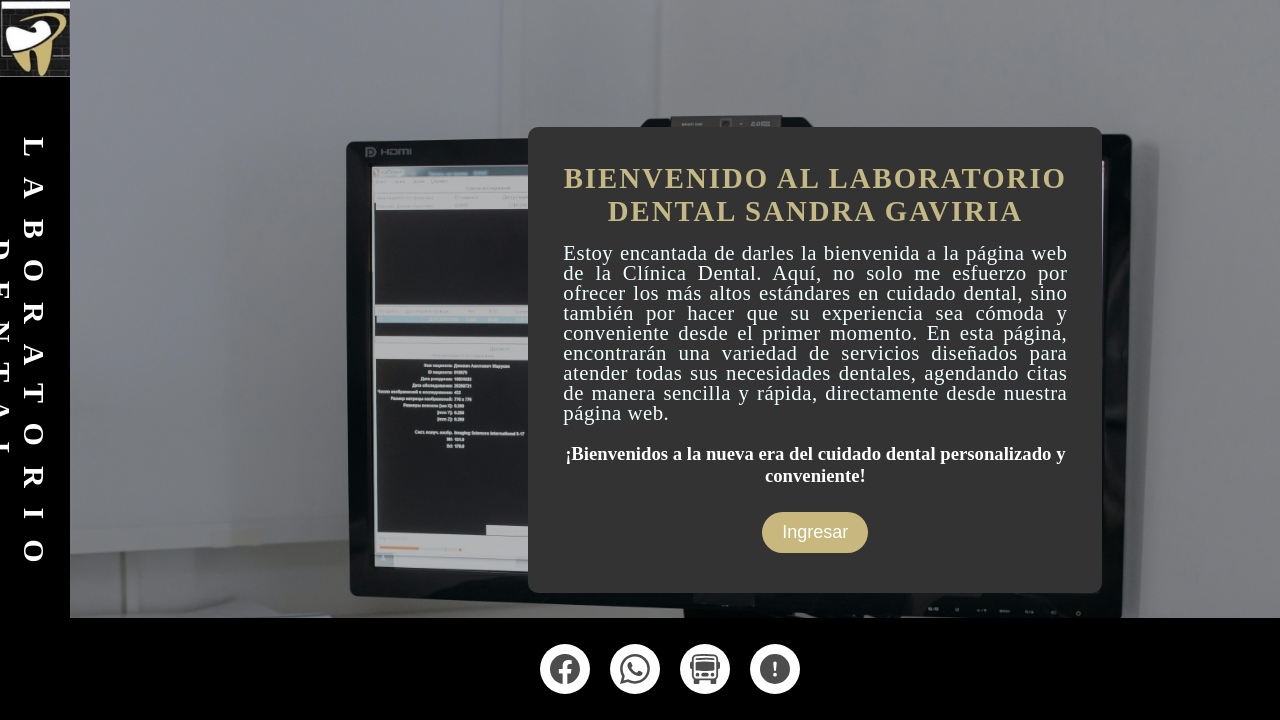
Repository: IIntef/ProyectoDental2.0
Page: Proyecto/Proyecto/Fer.html
These files come from the project's save history. The page is drawn as it stood at one moment and after the next save; the edit follows.
The browser window is 1280 px wide. The pictures show the whole page.

Above is the page before, as saved 2024-06-20 17:15:29.

After the next save:
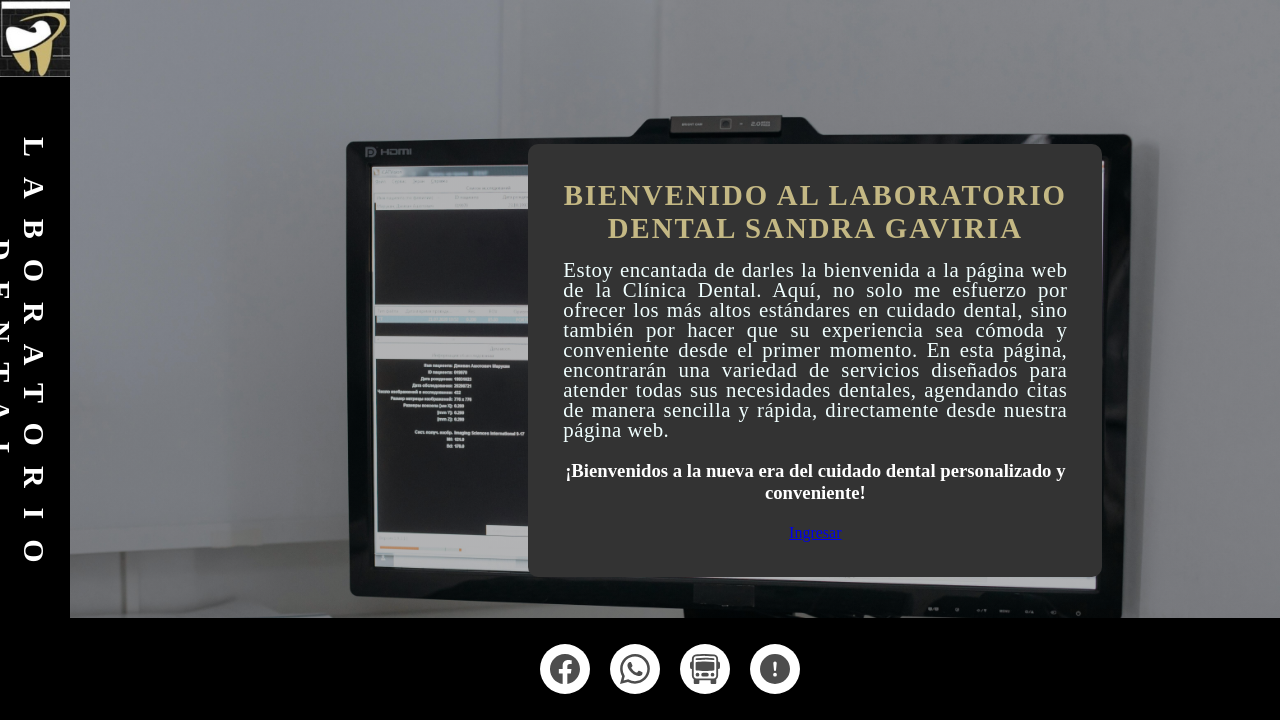
Saved 2 min 13 s later.
--- a/Proyecto/Proyecto/Fer.html
+++ b/Proyecto/Proyecto/Fer.html
@@ -18,7 +18,7 @@
             En esta página, encontrarán una variedad de servicios diseñados para atender todas sus necesidades dentales, agendando citas de manera sencilla y rápida, directamente desde nuestra página web.</p>
             <h3>¡Bienvenidos a la nueva era del cuidado dental personalizado y conveniente!</h3>
             <div class="buttons">
-                <button id="Ingresar">Ingresar</button>
+                <a href="#" class="btn"> Ingresar</a>
             </div>
         </div>
     </main>
